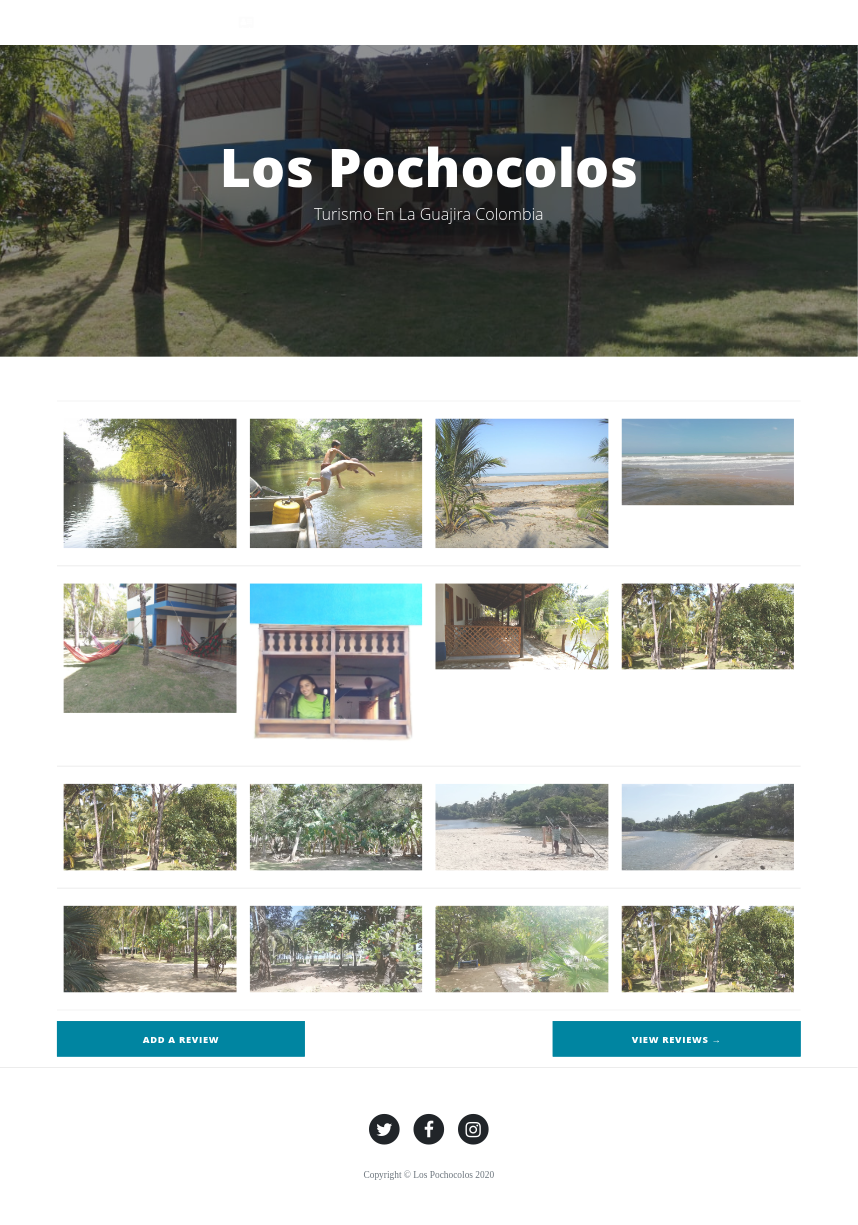
Repository: cachimiro/los-pochoclos
Page: http://localhost/
The author's editor kept a record of every edit. The page is drawn from the files as they stood at one moment, then again after the next edit.
The browser window is 1280 px wide. The pictures show the whole page, at 67% of full size.
Some web libraries are served in a nearby version. The page is served by the project's application, run on Flask 3 (run.py). Queries for data that is not in the repository find no rows.

Above is the page before.
Console error: ReferenceError: emailjs is not defined

After the next edit:
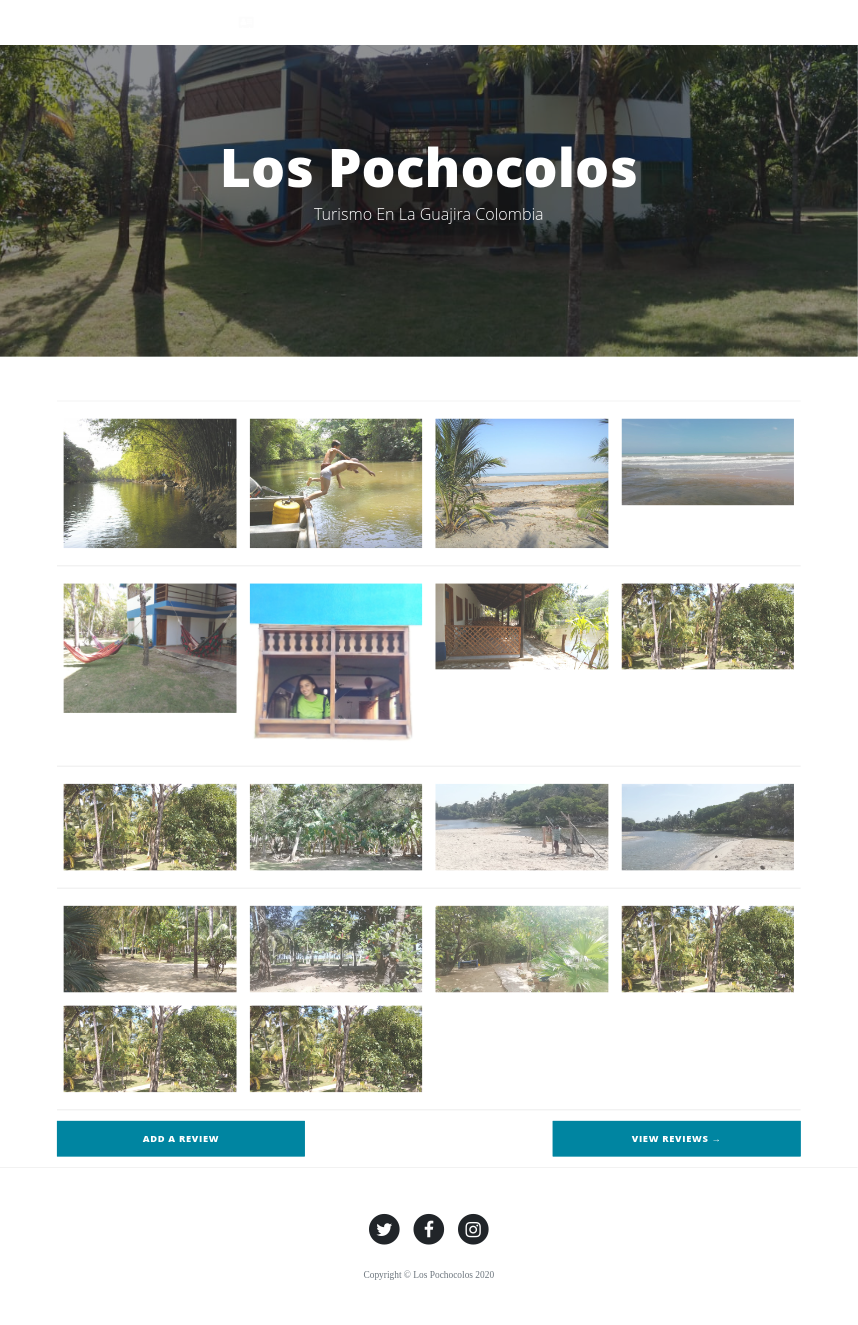
The edit:
--- a/templates/index.html
+++ b/templates/index.html
@@ -136,6 +136,12 @@
   <div class="column">
     <img src="../static/img-room/vista-frente-casa.jpg" alt="cabin" style="width:100%" onclick="expandImageFour(this);"id="togle-15">
   </div>
+  <div class="column">
+    <img src="../static/img-room/vista-frente-casa.jpg" alt="cabin" style="width:100%" onclick="expandImageFour(this);"id="togle-15">
+  </div>
+  <div class="column">
+    <img src="../static/img-room/vista-frente-casa.jpg" alt="cabin" style="width:100%" onclick="expandImageFour(this);"id="togle-15">
+  </div>
 </div>
 </div>
 <div class="container expand-image">
